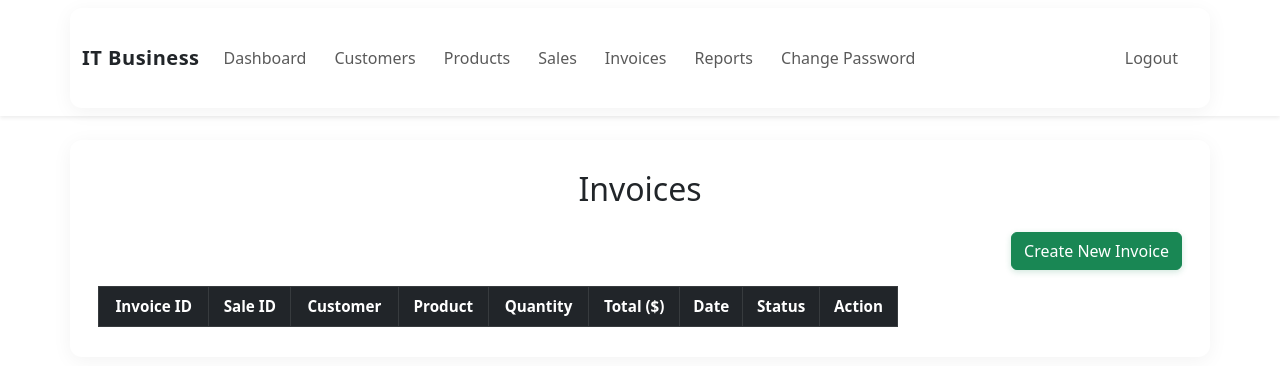
Repository: asmsaifulislam/it_business
Page: http://localhost/invoice
An editor plug-in stored every save of this project. The page is shown before and after the next save, followed by the edit.
The browser window is 1280 px wide. The pictures show the whole page.
The page is served by the project's application, run on Flask 3 (app.py). The session is filled in as if someone had signed in: {"user_id": 1}. Other server files are loaded and not shown. Queries for data that is not in the repository find no rows.

Above is the page before, as saved 2025-09-05 12:00:23.

### templates/invoice.html
{% extends 'base.html' %}

{% block content %}
<!-- Full-width layout with zero margin -->
<div class="p-0 m-0 w-100">
    <h2 class="mb-4 text-center">Invoices</h2>

    <!-- Create Invoice Button -->
    <div class="text-end mb-3 px-3">
        <a href="{{ url_for('create_invoice') }}" class="btn btn-success">Create New Invoice</a>
    </div>

    <!-- Full-Width Table -->
    <div class="table-responsive px-3">
        <table class="table table-bordered table-hover w-100 m-0">
            <thead class="table-dark">
                <tr>
                    <th>Invoice ID</th>
                    <th>Sale ID</th>
                    <th>Customer</th>
                    <th>Product</th>
                    <th>Quantity</th>
                    <th>Total ($)</th>
                    <th>Date</th>
                    <th>Status</th>
                    <th>Action</th>
                </tr>
            </thead>
            <tbody>
                {% for invoice in invoices %}
                <tr>
                    <td>{{ invoice.id }}</td>
                    <td>{{ invoice.sale.id }}</td>
                    <td>{{ invoice.sale.customer.name }}</td>
                    <td>{{ invoice.sale.product.name }}</td>
                    <td>{{ invoice.sale.quantity }}</td>
                    <td>${{ "%.2f"|format(invoice.sale.total) }}</td>
                    <td>{{ invoice.sale.updated_at.strftime('%Y-%m-%d %H:%M') }}</td>
                    <td>
                        {% if invoice.status == 'Paid' %}
                            <span class="badge bg-success">Paid</span>
                        {% else %}
                            <span class="badge bg-warning text-dark">Unpaid</span>
                        {% endif %}
                    </td>
                    <td>
                        {% if invoice.status != 'Paid' %}
                        <form action="{{ url_for('generate_invoice', sale_id=invoice.sale.id) }}" method="post" style="display:inline;">
                            <button type="submit" class="btn btn-primary btn-sm">Generate Invoice</button>
                        </form>
                        {% else %}
                            <button class="btn btn-secondary btn-sm" disabled>Already Paid</button>
                        {% endif %}
                    </td>
                </tr>
                {% endfor %}
            </tbody>
        </table>
    </div>
</div>
{% endblock %}

### templates/base.html
<!DOCTYPE html>
<html lang="en">
<head>
    <meta charset="UTF-8">
    <title>IT Business Management Tool</title>
    <meta name="viewport" content="width=device-width, initial-scale=1">

    <!-- Custom Styles -->
    <link rel="stylesheet" href="{{ url_for('static', filename='style.css') }}">

    <!-- Bootstrap CSS -->
    <link href="https://cdn.jsdelivr.net/npm/bootstrap@5.3.0/dist/css/bootstrap.min.css" rel="stylesheet">
</head>
<body>
    <!-- Navbar -->
    <nav class="navbar navbar-expand-lg shadow-sm mb-4" style="background-color: #ffffff;">
        <div class="container">
            <a class="navbar-brand text-dark" href="{{ url_for('dashboard') }}">IT Business</a>
            <button class="navbar-toggler" type="button" data-bs-toggle="collapse" data-bs-target="#navbarNav">
                <span class="navbar-toggler-icon"></span>
            </button>
            <div class="collapse navbar-collapse justify-content-between" id="navbarNav">
                <ul class="navbar-nav">
                    <li class="nav-item"><a class="nav-link" href="{{ url_for('dashboard') }}">Dashboard</a></li>
                    <li class="nav-item"><a class="nav-link" href="{{ url_for('customers') }}">Customers</a></li>
                    <li class="nav-item"><a class="nav-link" href="{{ url_for('products') }}">Products</a></li>
                    <li class="nav-item"><a class="nav-link" href="{{ url_for('sales') }}">Sales</a></li>
                    <li class="nav-item"><a class="nav-link" href="{{ url_for('invoice') }}">Invoices</a></li>
                    <li class="nav-item"><a class="nav-link" href="{{ url_for('reports') }}">Reports</a></li>
                    <li class="nav-item"><a class="nav-link" href="{{ url_for('change_password') }}">Change Password</a></li>
                </ul>
                <ul class="navbar-nav">
                    {% if session.get('user_id') %}
                        <li class="nav-item"><a class="nav-link" href="{{ url_for('logout') }}">Logout</a></li>
                    {% else %}
                        <li class="nav-item"><a class="nav-link" href="{{ url_for('login') }}">Login</a></li>
                    {% endif %}
                </ul>
            </div>
        </div>
    </nav>

    <!-- Flash Messages -->
    <div class="container">
        {% with messages = get_flashed_messages() %}
            {% if messages %}
                <div class="alert alert-warning text-center fade-in">
                    {% for message in messages %}
                        <div>{{ message }}</div>
                    {% endfor %}
                </div>
            {% endif %}
        {% endwith %}

        <!-- Page Content -->
        {% block content %}{% endblock %}
    </div>

    <!-- Bootstrap JS -->
    <script src="https://cdn.jsdelivr.net/npm/bootstrap@5.3.0/dist/js/bootstrap.bundle.min.js"></script>
</body>
</html>

### app.py
# -------------------- Core Imports --------------------
import os
from flask import Flask, render_template, redirect, url_for, request, flash, session
from flask_sqlalchemy import SQLAlchemy
from flask_migrate import Migrate
from werkzeug.security import generate_password_hash, check_password_hash
from dotenv import load_dotenv

# -------------------- Load Environment Variables --------------------
load_dotenv()

# -------------------- Config --------------------
class Config:
    SQLALCHEMY_DATABASE_URI = os.getenv('DATABASE_URL', 'sqlite:///site.db')
    SECRET_KEY = os.getenv('SECRET_KEY', 'fallback_secret')
    SQLALCHEMY_TRACK_MODIFICATIONS = False

# -------------------- App Initialization --------------------
app = Flask(__name__)
app.config.from_object(Config)

# -------------------- Database --------------------
db = SQLAlchemy(app)
migrate = Migrate(app, db)

# -------------------- Models --------------------
class User(db.Model):
    id = db.Column(db.Integer, primary_key=True)
    username = db.Column(db.String(120), unique=True, nullable=False)
    password = db.Column(db.String(512), nullable=False)

class Customer(db.Model):
    id = db.Column(db.Integer, primary_key=True)
    name = db.Column(db.String(120), nullable=False)
    email = db.Column(db.String(120), nullable=True)

class Product(db.Model):
    id = db.Column(db.Integer, primary_key=True)
    name = db.Column(db.String(120), nullable=False)
    price = db.Column(db.Float, nullable=False)
    stock = db.Column(db.Integer, default=0)

class Sale(db.Model):
    id = db.Column(db.Integer, primary_key=True)
    customer_id = db.Column(db.Integer, db.ForeignKey('customer.id'), nullable=False)
    product_id = db.Column(db.Integer, db.ForeignKey('product.id'), nullable=False)
    quantity = db.Column(db.Integer, nullable=False)
    total = db.Column(db.Float, nullable=False)

class Invoice(db.Model):
    id = db.Column(db.Integer, primary_key=True)
    sale_id = db.Column(db.Integer, db.ForeignKey('sale.id'), nullable=False)
    status = db.Column(db.String(20), default='Unpaid')

# -------------------- One-Time Admin Creation --------------------
with app.app_context():
    db.create_all()
    if not User.query.filter_by(username='admin').first():
        admin = User(username='admin', password=generate_password_hash('admin123'))
        db.session.add(admin)
        db.session.commit()

# -------------------- Form Imports --------------------
from forms import (
    LoginForm,
    ChangePasswordForm,
    UpdateAccountForm,
    CustomerForm,
    ProductForm,
    SaleForm,
    InvoiceForm
)

# -------------------- One-Time Admin Creation --------------------
with app.app_context():
    db.create_all()
    if not User.query.filter_by(username='admin').first():
        admin = User(username='admin', password=generate_password_hash('admin123'))
        db.session.add(admin)
        db.session.commit()

# -------------------- Auth --------------------
@app.route('/login', methods=['GET', 'POST'])
def login():
    form = LoginForm()
    if form.validate_on_submit():
        user = User.query.filter_by(username=form.username.data).first()
        if user and check_password_hash(user.password, form.password.data):
            session['user_id'] = user.id
            return redirect(url_for('dashboard'))
        else:
            flash('Invalid credentials')
    return render_template('login.html', form=form)

@app.route('/logout')
def logout():
    session.pop('user_id', None)
    return redirect(url_for('login'))

# -------------------- Change Password --------------------
@app.route('/change-password', methods=['GET', 'POST'])
def change_password():
    if 'user_id' not in session:
        return redirect(url_for('login'))

    form = ChangePasswordForm()
    user = User.query.get(session['user_id'])

    if form.validate_on_submit():
        if not check_password_hash(user.password, form.current_password.data):
            flash('Current password is incorrect')
        else:
            user.password = generate_password_hash(form.new_password.data)
            db.session.commit()
            flash('Password updated successfully')
            return redirect(url_for('dashboard'))

    return render_template('change_password.html', form=form)

# -------------------- Update Account --------------------
@app.route('/update-account', methods=['GET', 'POST'])
def update_account():
    if 'user_id' not in session:
        return redirect(url_for('login'))

    form = UpdateAccountForm()
    user = User.query.get(session['user_id'])

    if form.validate_on_submit():
        if not check_password_hash(user.password, form.current_password.data):
            flash('Current password is incorrect')
        else:
            user.username = form.username.data
            user.password = generate_password_hash(form.new_password.data)
            db.session.commit()
            flash('Account updated successfully')
            return redirect(url_for('dashboard'))

    return render_template('update_account.html', form=form)

# -------------------- Add Product --------------------
@app.route('/add-product', methods=['GET', 'POST'])
def add_product():
    if 'user_id' not in session:
        return redirect(url_for('login'))

    form = ProductForm()
    if form.validate_on_submit():
        try:
            new_product = Product(name=form.name.data, price=form.price.data)
            db.session.add(new_product)
            db.session.commit()
            flash('✅ Product added successfully', 'success')
            return redirect(url_for('products'))
        except Exception as e:
            db.session.rollback()
            flash(f'❌ Error adding product: {str(e)}', 'danger')

    return render_template('add_product.html', form=form)

# -------------------- Record Sale --------------------
@app.route('/record-sale', methods=['GET', 'POST'])
def record_sale():
    if 'user_id' not in session:
        return redirect(url_for('login'))

    form = SaleForm()
    form.customer_id.choices = [(c.id, c.name) for c in Customer.query.all()]
    form.product_id.choices = [(p.id, p.name) for p in Product.query.all()]

    if form.validate_on_submit():
        product = Product.query.get(form.product_id.data)
        total = product.price * form.quantity.data
        new_sale = Sale(
            customer_id=form.customer_id.data,
            product_id=form.product_id.data,
            quantity=form.quantity.data,
            total=total
        )
        db.session.add(new_sale)
        db.session.commit()
        flash('Sale recorded successfully')
        return redirect(url_for('sales'))

    return render_template('record_sale.html', form=form)
#------------------sales report-----------------------
@app.route('/sales-report')
def sales_report():
    # Fetch and render sales data
    return render_template('sales_report.html')


# -------------------- Create Invoice (Manual Form) --------------------
@app.route('/create-invoice', methods=['GET', 'POST'])
def create_invoice():
    if 'user_id' not in session:
        return redirect(url_for('login'))

    form = InvoiceForm()
    form.sale_id.choices = [(sale.id, f"Sale #{sale.id} - {sale.customer.name}") for sale in Sale.query.all()]

    if form.validate_on_submit():
        sale = Sale.query.get_or_404(form.sale_id.data)
        existing_invoice = Invoice.query.filter_by(sale_id=sale.id).first()
        if existing_invoice:
            flash('Invoice already exists for this sale.', 'warning')
        else:
            new_invoice = Invoice(sale_id=sale.id, status=form.status.data)
            db.session.add(new_invoice)
            db.session.commit()
            flash('Invoice created successfully.', 'success')
        return redirect(url_for('invoice'))

    return render_template('create_invoice.html', form=form)

# -------------------- Generate Invoice (Auto from Sale) --------------------
@app.route('/generate-invoice/<int:sale_id>', methods=['POST'])
def generate_invoice(sale_id):
    if 'user_id' not in session:
        return redirect(url_for('login'))

    sale = Sale.query.get_or_404(sale_id)
    existing_invoice = Invoice.query.filter_by(sale_id=sale.id).first()
    if existing_invoice:
        flash('Invoice already exists for this sale.', 'warning')
    else:
        new_invoice = Invoice(sale_id=sale.id, status='Unpaid')
        db.session.add(new_invoice)
        db.session.commit()
        flash('Invoice generated successfully.', 'success')

    return redirect(url_for('invoice'))

# -------------------- Mark Invoice as Paid --------------------
@app.route('/mark-paid/<int:invoice_id>', methods=['POST'])
def mark_paid(invoice_id):
    if 'user_id' not in session:
        return redirect(url_for('login'))

    invoice = Invoice.query.get_or_404(invoice_id)
    invoice.status = 'Paid'
    db.session.commit()
    flash('Invoice marked as paid.', 'success')
    return redirect(url_for('invoice'))

# -------------------- Dashboard --------------------
@app.route('/')
def dashboard():
    if 'user_id' not in session:
        return redirect(url_for('login'))
    stats = {
        'customers': Customer.query.count(),
        'products': Product.query.count(),
        'sales': Sale.query.count(),
        'invoices': Invoice.query.count()
    }
    return render_template('dashboard.html', stats=stats)

# -------------------- Customers --------------------
@app.route('/customers')
def customers():
    if 'user_id' not in session:
        return redirect(url_for('login'))
    all_customers = Customer.query.all()
    return render_template('customers.html', customers=all_customers)

@app.route('/add-customer', methods=['GET', 'POST'])
def add_customer():
    if 'user_id' not in session:
        return redirect(url_for('login'))

    form = CustomerForm()
    if form.validate_on_submit():
        new_customer = Customer(name=form.name.data, email=form.email.data)
        db.session.add(new_customer)
        db.session.commit()
        flash('Customer added successfully')
        return redirect(url_for('customers'))

    return render_template('add_customer.html', form=form)

# -------------------- Products --------------------
@app.route('/products')
def products():
    if 'user_id' not in session:
        return redirect(url_for('login'))
    all_products = Product.query.all()
    return render_template('products.html', products=all_products)

# -------------------- Sales --------------------
@app.route('/sales')
def sales():
    if 'user_id' not in session:
        return redirect(url_for('login'))
    all_sales = Sale.query.all()
    return render_template('sales.html', sales=all_sales)

# -------------------- Invoices --------------------
@app.route('/invoice')
def invoice():
    if 'user_id' not in session:
        return redirect(url_for('login'))
    all_invoices = Invoice.query.all()
    return render_template('invoice.html', invoices=all_invoices)

# -------------------- Reports --------------------
@app.route('/reports')
def reports():
    if 'user_id' not in session:
        return redirect(url_for('login'))
    return render_template('reports.html')
# -------------------- Sales Report --------------------
@app.route('/sales-report')
def sales_report_view():
    if 'user_id' not in session:
        return redirect(url_for('login'))
    total_sales = Sale.query.count()
    total_revenue = db.session.query(db.func.sum(Sale.total)).scalar() or 0
    top_product = db.session.query(Product.name, db.func.sum(Sale.quantity))\
        .join(Sale, Product.id == Sale.product_id)\
        .group_by(Product.name)\
        .order_by(db.func.sum(Sale.quantity).desc())\
        .first()
    return render_template('sales_report.html',
                           total_sales=total_sales,
                           total_revenue=total_revenue,
                           top_product=top_product[0] if top_product else "N/A")

# -------------------- Customer Report --------------------
@app.route('/customer-report')
def customer_report():
    if 'user_id' not in session:
        return redirect(url_for('login'))

    total_customers = Customer.query.count()
    recent_customers = Customer.query.order_by(Customer.id.desc()).limit(5).all()

    return render_template('customer_report.html',
                           total_customers=total_customers,
                           recent_customers=recent_customers)

# -------------------- Product Report --------------------
@app.route('/product-report')
def product_report():
    if 'user_id' not in session:
        return redirect(url_for('login'))

    total_products = Product.query.count()
    low_stock = Product.query.filter(Product.stock < 10).all()

    return render_template('product_report.html',
                           total_products=total_products,
                           low_stock=low_stock)

# -------------------- Invoice Report --------------------
@app.route('/invoice-report')
def invoice_report():
    if 'user_id' not in session:
        return redirect(url_for('login'))

    total_invoices = Invoice.query.count()
    paid = Invoice.query.filter_by(status='Paid').count()
    unpaid = Invoice.query.filter_by(status='Unpaid').count()
    overdue = Invoice.query.filter_by(status='Overdue').count()

    return render_template('invoice_report.html',
                           total_invoices=total_invoices,
                           paid=paid,
                           unpaid=unpaid,
                           overdue=overdue)


# -------------------- Run --------------------
if __name__ == '__main__':
    app.run(debug=True)

### static/style.css
/* Base Reset */
body {
    margin: 0;
    padding: 0;
    font-family: 'Segoe UI', Tahoma, Geneva, Verdana, sans-serif;
    background-color: #f4f6f9;
    color: #212529;
    text-align: center;
}

/* Navbar */
nav.navbar {
    background-color: #ffffff;
    box-shadow: 0 2px 4px rgba(0, 0, 0, 0.1);
    transition: box-shadow 0.3s ease;
}

nav.navbar:hover {
    box-shadow: 0 4px 12px rgba(0, 0, 0, 0.15);
}

.navbar-brand {
    font-weight: bold;
    font-size: 1.5rem;
    letter-spacing: 0.5px;
    color: #2c3e50;
}

.nav-link {
    font-size: 1rem;
    margin-right: 12px;
    position: relative;
    color: #2c3e50;
    transition: color 0.3s ease;
}

.nav-link::after {
    content: '';
    position: absolute;
    left: 0;
    bottom: -4px;
    width: 0%;
    height: 2px;
    background-color: #198754;
    transition: width 0.3s ease;
}

.nav-link:hover {
    color: #198754;
}

.nav-link:hover::after {
    width: 100%;
}

/* Container */
.container {
    padding: 30px 20px;
    max-width: 960px;
    margin: 0 auto;
    background-color: #ffffff;
    border-radius: 12px;
    box-shadow: 0 4px 20px rgba(0, 0, 0, 0.05);
    transform-style: preserve-3d;
    perspective: 1000px;
    animation: fadeInUp 0.6s ease forwards;
}

/* Headings */
h2 {
    font-weight: 600;
    color: #2c3e50;
    margin-bottom: 30px;
    transform: translateZ(20px);
}

/* Tables */
table {
    font-size: 0.95rem;
    margin: 0 auto;
    width: 100%;
    max-width: 800px;
    border-collapse: collapse;
    transition: transform 0.3s ease;
}

.table th {
    background-color: #2c3e50;
    color: white;
    text-align: center;
    padding: 12px;
}

.table td {
    vertical-align: middle;
    text-align: center;
    padding: 10px;
    background-color: #ffffff;
}

.table tbody tr {
    transition: background-color 0.3s ease, transform 0.3s ease;
}

.table tbody tr:hover {
    background-color: #f0f8ff;
    transform: scale(1.01) translateZ(10px);
}

/* Buttons */
.btn {
    font-weight: 500;
    padding: 10px 18px;
    border-radius: 6px;
    font-size: 0.95rem;
    background-color: #198754;
    color: white;
    transition: all 0.3s ease;
    box-shadow: 0 2px 6px rgba(25, 135, 84, 0.2);
}

.btn:hover {
    transform: translateY(-2px) scale(1.05);
    box-shadow: 0 6px 16px rgba(25, 135, 84, 0.3);
    background-color: #157347;
}

/* Cards */
.card {
    box-shadow: 0 2px 8px rgba(0, 0, 0, 0.08);
    border: none;
    text-align: center;
    border-radius: 8px;
    transition: transform 0.3s ease, box-shadow 0.3s ease;
}

.card:hover {
    transform: rotateX(3deg) rotateY(3deg);
    box-shadow: 0 6px 16px rgba(0, 0, 0, 0.1);
}

.card-header {
    font-weight: 600;
    font-size: 1.1rem;
}

/* Alerts */
.alert {
    font-size: 0.9rem;
    max-width: 600px;
    margin: 0 auto 20px;
    animation: fadeInUp 0.5s ease forwards;
}

/* Forms */
form {
    max-width: 500px;
    margin: 0 auto;
    text-align: left;
    background-color: #ffffff;
    padding: 30px;
    border-radius: 8px;
    box-shadow: 0 0 10px rgba(0, 0, 0, 0.05);
    animation: fadeInUp 0.6s ease forwards;
}

.form-label {
    font-weight: 500;
    margin-bottom: 6px;
}

.form-control {
    border-radius: 4px;
    font-size: 0.95rem;
    padding: 10px;
    margin-bottom: 15px;
    transition: box-shadow 0.3s ease;
}

.form-control:focus {
    box-shadow: 0 0 8px rgba(25, 135, 84, 0.3);
    border-color: #198754;
}

/* Badges */
.badge {
    font-size: 0.85rem;
    padding: 6px 10px;
    border-radius: 4px;
}

/* Animations */
@keyframes fadeInUp {
    from {
        opacity: 0;
        transform: translateY(20px);
    }
    to {
        opacity: 1;
        transform: translateY(0);
    }
}

/* Responsive Enhancements */
@media (max-width: 768px) {
    .container {
        padding: 20px 10px;
    }

    form {
        padding: 20px;
    }

    .btn {
        width: 100%;
    }

    h2 {
        font-size: 1.4rem;
    }
}

After the next save:
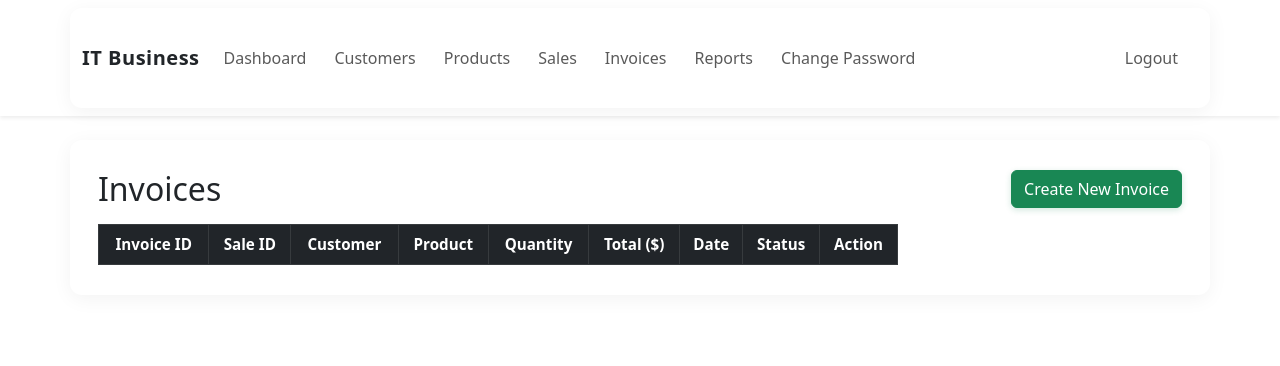
Saved 103 s later.
--- a/templates/invoice.html
+++ b/templates/invoice.html
@@ -1,61 +1,57 @@
 {% extends 'base.html' %}
 
 {% block content %}
-<!-- Full-width layout with zero margin -->
-<div class="p-0 m-0 w-100">
-    <h2 class="mb-4 text-center">Invoices</h2>
+<!-- Header and Button Row -->
+<div class="d-flex justify-content-between align-items-center mb-3 px-3">
+    <h2 class="mb-0">Invoices</h2>
+    <a href="{{ url_for('create_invoice') }}" class="btn btn-success">Create New Invoice</a>
+</div>
 
-    <!-- Create Invoice Button -->
-    <div class="text-end mb-3 px-3">
-        <a href="{{ url_for('create_invoice') }}" class="btn btn-success">Create New Invoice</a>
-    </div>
-
-    <!-- Full-Width Table -->
-    <div class="table-responsive px-3">
-        <table class="table table-bordered table-hover w-100 m-0">
-            <thead class="table-dark">
-                <tr>
-                    <th>Invoice ID</th>
-                    <th>Sale ID</th>
-                    <th>Customer</th>
-                    <th>Product</th>
-                    <th>Quantity</th>
-                    <th>Total ($)</th>
-                    <th>Date</th>
-                    <th>Status</th>
-                    <th>Action</th>
-                </tr>
-            </thead>
-            <tbody>
-                {% for invoice in invoices %}
-                <tr>
-                    <td>{{ invoice.id }}</td>
-                    <td>{{ invoice.sale.id }}</td>
-                    <td>{{ invoice.sale.customer.name }}</td>
-                    <td>{{ invoice.sale.product.name }}</td>
-                    <td>{{ invoice.sale.quantity }}</td>
-                    <td>${{ "%.2f"|format(invoice.sale.total) }}</td>
-                    <td>{{ invoice.sale.updated_at.strftime('%Y-%m-%d %H:%M') }}</td>
-                    <td>
-                        {% if invoice.status == 'Paid' %}
-                            <span class="badge bg-success">Paid</span>
-                        {% else %}
-                            <span class="badge bg-warning text-dark">Unpaid</span>
-                        {% endif %}
-                    </td>
-                    <td>
-                        {% if invoice.status != 'Paid' %}
-                        <form action="{{ url_for('generate_invoice', sale_id=invoice.sale.id) }}" method="post" style="display:inline;">
-                            <button type="submit" class="btn btn-primary btn-sm">Generate Invoice</button>
-                        </form>
-                        {% else %}
-                            <button class="btn btn-secondary btn-sm" disabled>Already Paid</button>
-                        {% endif %}
-                    </td>
-                </tr>
-                {% endfor %}
-            </tbody>
-        </table>
-    </div>
+<!-- Full-Width Table -->
+<div class="table-responsive px-3">
+    <table class="table table-bordered table-hover w-100 m-0">
+        <thead class="table-dark">
+            <tr>
+                <th>Invoice ID</th>
+                <th>Sale ID</th>
+                <th>Customer</th>
+                <th>Product</th>
+                <th>Quantity</th>
+                <th>Total ($)</th>
+                <th>Date</th>
+                <th>Status</th>
+                <th>Action</th>
+            </tr>
+        </thead>
+        <tbody>
+            {% for invoice in invoices %}
+            <tr>
+                <td>{{ invoice.id }}</td>
+                <td>{{ invoice.sale.id }}</td>
+                <td>{{ invoice.sale.customer.name }}</td>
+                <td>{{ invoice.sale.product.name }}</td>
+                <td>{{ invoice.sale.quantity }}</td>
+                <td>${{ "%.2f"|format(invoice.sale.total) }}</td>
+                <td>{{ invoice.sale.updated_at.strftime('%Y-%m-%d %H:%M') }}</td>
+                <td>
+                    {% if invoice.status == 'Paid' %}
+                        <span class="badge bg-success">Paid</span>
+                    {% else %}
+                        <span class="badge bg-warning text-dark">Unpaid</span>
+                    {% endif %}
+                </td>
+                <td>
+                    {% if invoice.status != 'Paid' %}
+                    <form action="{{ url_for('generate_invoice', sale_id=invoice.sale.id) }}" method="post" style="display:inline;">
+                        <button type="submit" class="btn btn-primary btn-sm">Generate Invoice</button>
+                    </form>
+                    {% else %}
+                        <button class="btn btn-secondary btn-sm" disabled>Already Paid</button>
+                    {% endif %}
+                </td>
+            </tr>
+            {% endfor %}
+        </tbody>
+    </table>
 </div>
 {% endblock %}
